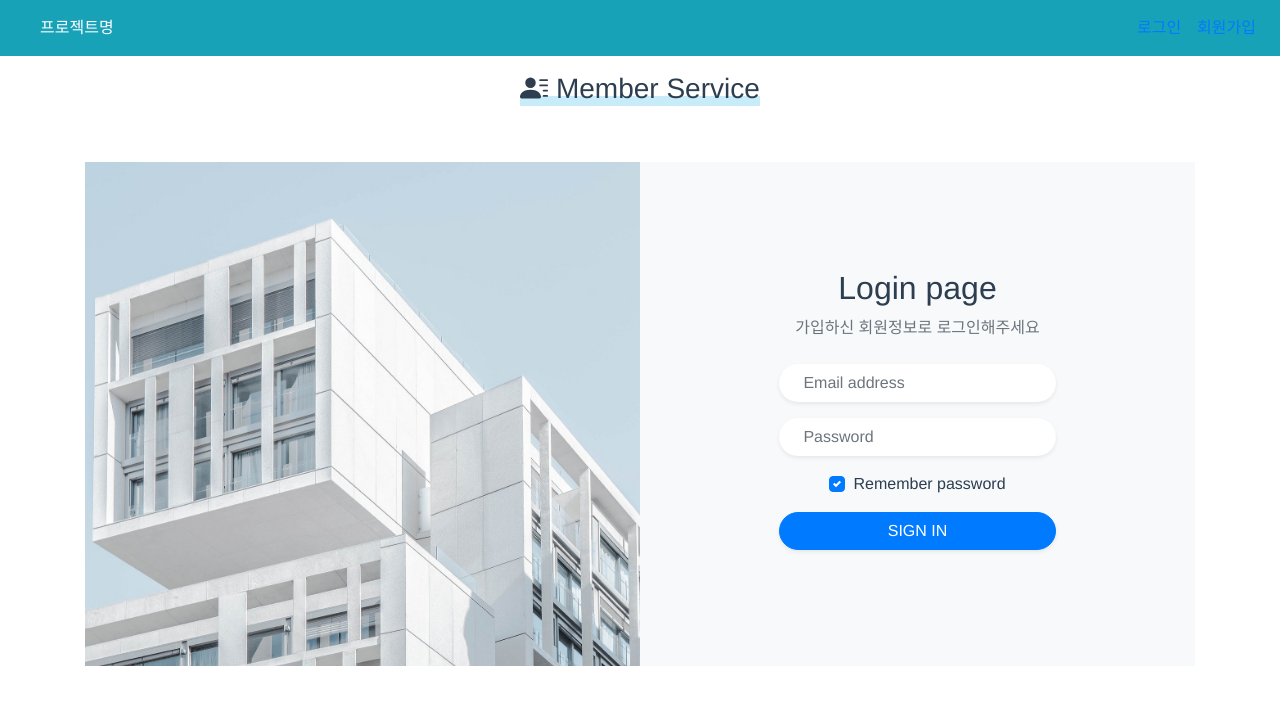
Repository: cheery72/Project_Real_estate
Page: /user/singin (app in frontend/)
These files come from the project's save history. The page is drawn as it stood at one moment and after the next save; the edit follows.
The browser window is 1280 px wide. The pictures show the whole page.
The project was rebuilt for these pictures with package versions that can differ from the ones it lists, and the page was loaded fresh each time. Also part of the build but not shown: frontend/vue.config.js, frontend/src/components/user/child/MemberJoinForm.vue, frontend/src/components/user/MemberJoin.vue, frontend/src/components/user/child/MemberInfoForm.vue, frontend/src/components/user/MemberMyPage.vue, frontend/src/components/user/BookMarkListRow.vue, frontend/src/components/user/MemberMyBookmark.vue. Imported but missing from the stored project, and not drawn on this page: frontend/src/views/Home.vue.

Above is the page before, as saved 2021-11-25 11:13:46.

After the next save:
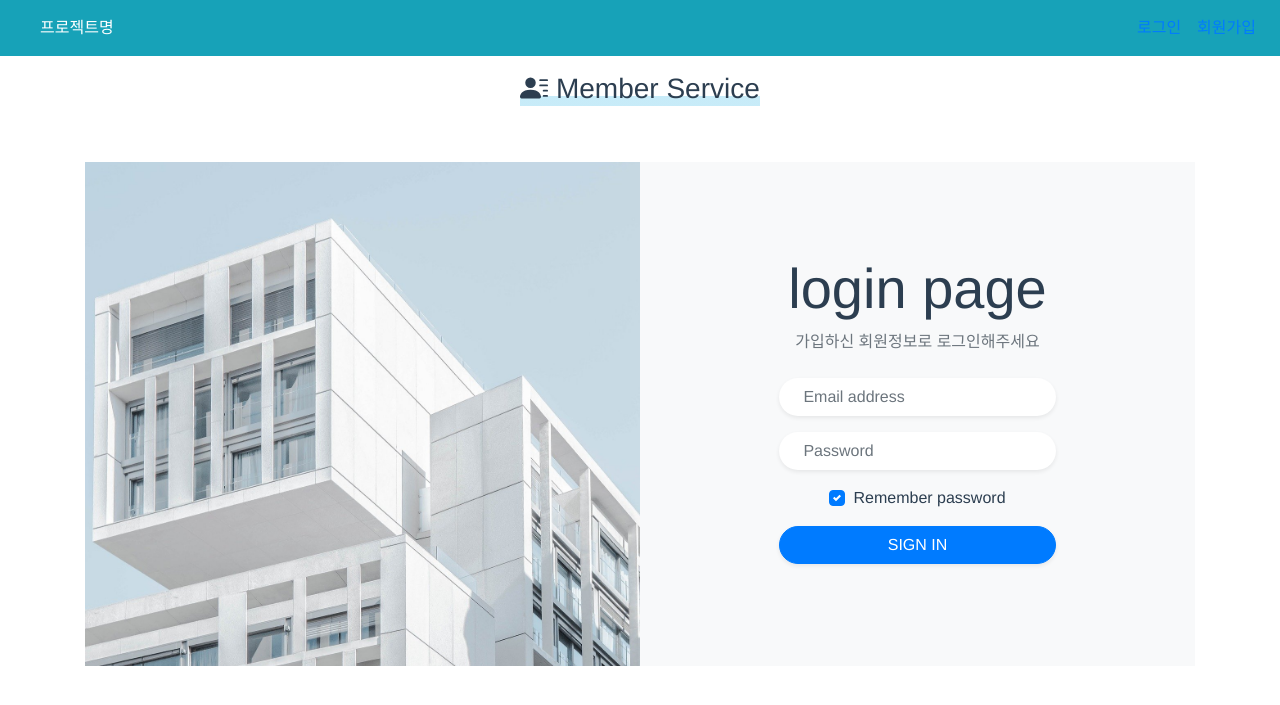
Saved 11 s later.
--- a/frontend/src/components/user/MemberLogin.vue
+++ b/frontend/src/components/user/MemberLogin.vue
@@ -16,7 +16,7 @@
                 <div class="container">
                     <div class="row">
                         <div class="col-lg-10 col-xl-7 mx-auto">
-                            <h2 class="display-5">Login page</h2>
+                            <h2 class="display-4">login page</h2>
                             <p class="text-muted mb-4">가입하신 회원정보로 로그인해주세요</p>
                             <form>
                                 <div class="form-group mb-3">
